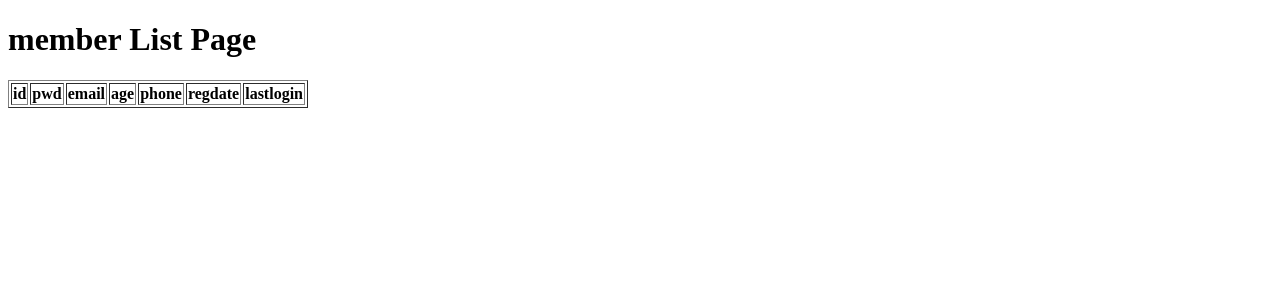
Repository: hwimi/2024-04-12-01
Page: http://localhost/jsp_study/member/list.jsp
The author's editor kept a copy of each file at every save. The page is drawn from the files as they stood at one save, then again after the next save.
The browser window is 1280 px wide. The pictures show the whole page.
The page is served by Tomcat 9. Other server files are loaded and not shown.

Above is the page before, as saved 2024-04-15 07:01:22.

### jsp_study/src/main/webapp/member/list.jsp
<%@ page language="java" contentType="text/html; charset=UTF-8"
    pageEncoding="UTF-8"%>
    <%@ taglib uri="http://java.sun.com/jsp/jstl/core" prefix="c"%>
<!DOCTYPE html>
<html>
<head>
<meta charset="UTF-8">
<title>Insert title here</title>
</head>
<body>
	<h1>member List Page</h1>

	<table border="1">
	<tr>
	<th>id</th>
	<th>pwd</th>
	<th>email</th>
	<th>age</th>
	<th>phone</th>
	<th>regdate</th>
	<th>lastlogin</th>
	</tr>
	<c:forEach items="list" var="mvo">

	</c:forEach>


	</table>
</body>
</html>

After the next save:
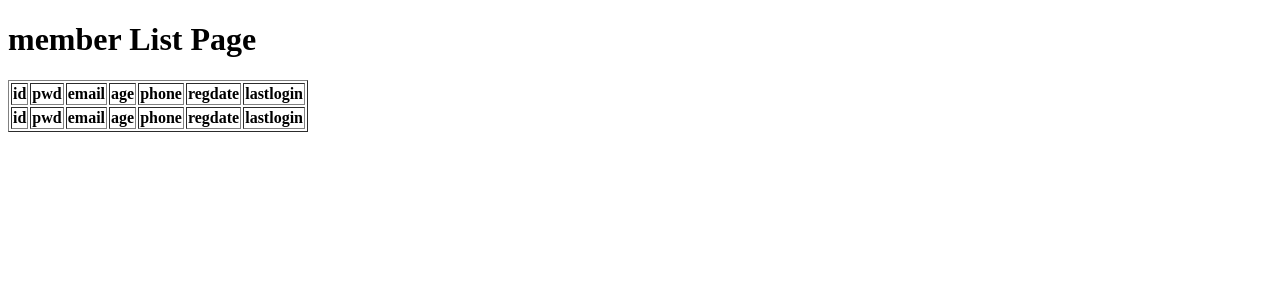
Saved 8 s later.
--- a/jsp_study/src/main/webapp/member/list.jsp
+++ b/jsp_study/src/main/webapp/member/list.jsp
@@ -21,7 +21,15 @@
 	<th>lastlogin</th>
 	</tr>
 	<c:forEach items="list" var="mvo">
-
+	<tr>
+	<th>id</th>
+	<th>pwd</th>
+	<th>email</th>
+	<th>age</th>
+	<th>phone</th>
+	<th>regdate</th>
+	<th>lastlogin</th>
+	</tr>
 	</c:forEach>
 
 
